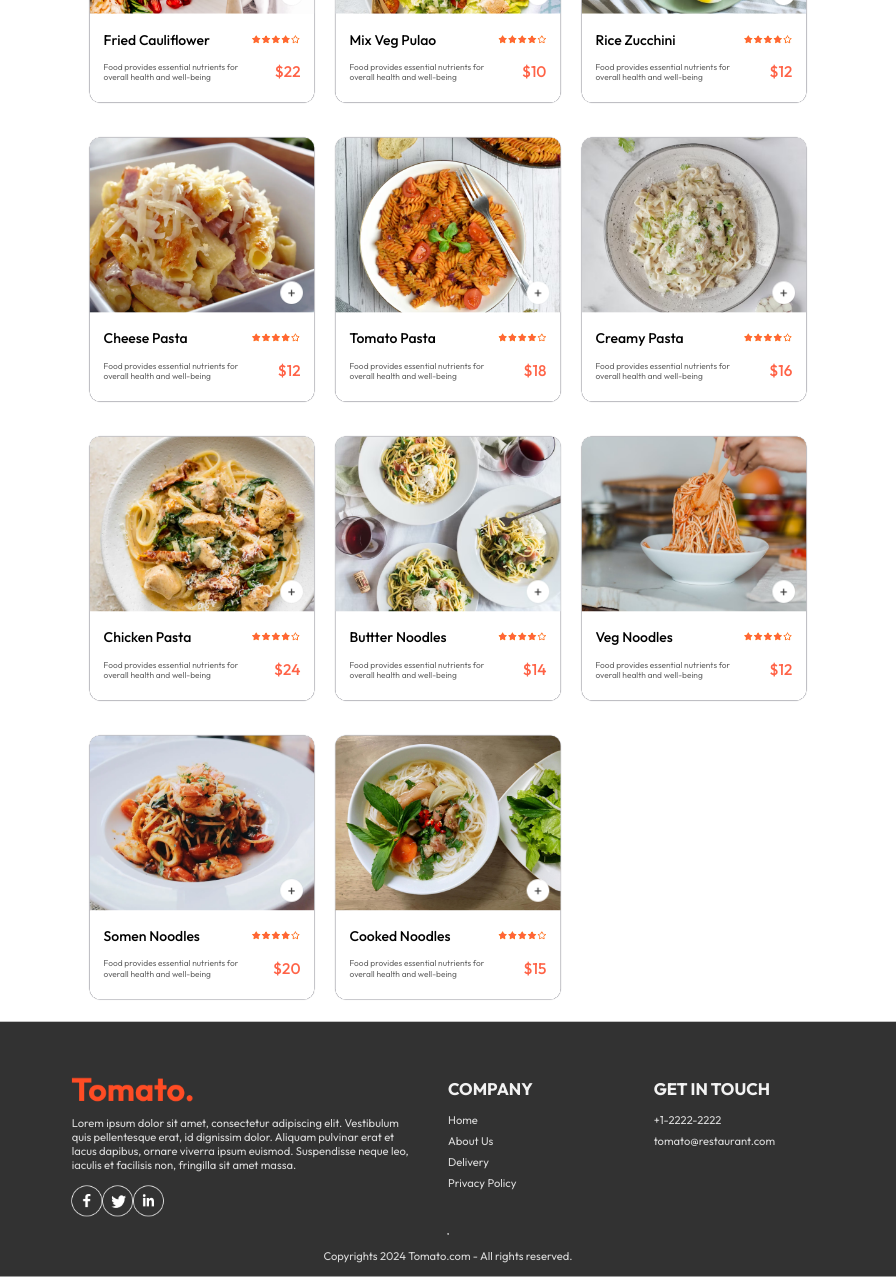
Repository: guilhermecardoso93/tomato-front-end
Page: /
The author's editor kept a copy of each file at every save. The page is drawn from the files as they stood at one save, then again after the next save.
The browser window is 1280 px wide. The pictures show the part of the page from y = 4211 to 6131 px (the page is 6035 px tall before and 6131 px after), at 70% of full size.
The project was rebuilt for these pictures with package versions that can differ from the ones it lists, and the page was loaded fresh each time. Also part of the build but not shown: vite.config.js, src/pages/Cart/styles.css, src/pages/Cart/index.jsx, src/pages/PlaceOrder/styles.css, src/pages/PlaceOrder/index.jsx.

Above is the page before, as saved 2024-10-31 18:59:03.

### index.html
<!doctype html>
<html lang="en">

<head>
    <meta charset="UTF-8" />
    <link rel="icon" type="image/svg+xml" href="" />
    <link rel="preconnect" href="https://fonts.googleapis.com">
    <link rel="preconnect" href="https://fonts.gstatic.com" crossorigin>
    <link href="https://fonts.googleapis.com/css2?family=Inter:ital,opsz,wght@0,14..32,100..900;1,14..32,100..900&family=Outfit:wght@100..900&display=swap" rel="stylesheet">
    <meta name="viewport" content="width=device-width, initial-scale=1.0" />
    <title>Tomato</title>
</head>

<body>
    <div id="root"></div>
    <script type="module" src="/src/main.jsx"></script>
</body>

</html>

### src/main.jsx
import { StrictMode } from "react";
import { createRoot } from "react-dom/client";
import "./index.css";
import { App } from "./App.jsx";
import { BrowserRouter } from "react-router-dom";
import StoreContextProvider from "./context/StoreContext.jsx";

createRoot(document.getElementById("root")).render(
  <BrowserRouter>
    <StoreContextProvider>
      <App />
    </StoreContextProvider>
  </BrowserRouter>
);

### src/index.css
* {
  padding: 0;
  margin: 0;
  box-sizing: border-box;
}

body {
  min-height: 100vh;
  font-family: "Outfit", sans-serif;
}

a {
  text-decoration: none;
  color: inherit;
}

.app {
  width: 80%;
  margin: auto;
  margin-bottom: 2rem;
}

@keyframes fadeIn {
  0% {
    opacity: 0;
  }

  100% {
    opacity: 1;
  }
}

### src/App.jsx
import { Routes, Route } from "react-router-dom";
import { Navbar } from "./components/Navbar";

import { Home } from "./pages/Home";
import { Cart } from "./pages/Cart";
import { PlaceOrder } from "./pages/PlaceOrder";
import { Footer } from "./components/Footer";

export function App() {
  return (
    <>
      <div className="app">
        <Navbar />
        <Routes>
          <Route path="/" element={<Home />} />
          <Route path="/cart" element={<Cart />} />
          <Route path="/order" element={<PlaceOrder />} />
        </Routes>
      </div>
      <Footer />
    </>
  );
}

### src/context/StoreContext.jsx
import { createContext, useEffect, useState } from "react";
import { food_list } from "../assets/assets";

export const StoreContext = createContext(null);

const StoreContextProvider = (props) => {
  const [cartItems, setCartItems] = useState({});

  const addCart = (itemId) => {
    if (!cartItems[itemId]) {
      setCartItems((prev) => ({ ...prev, [itemId]: 1 }));
    } else {
      setCartItems((prev) => ({ ...prev, [itemId]: prev[itemId] + 1 }));
    }
  };

  const removeFromCart = (itemId) => {
    setCartItems((prev) => ({ ...prev, [itemId]: prev[itemId] - 1 }));
  };

  const contextValue = {
    food_list,
    cartItems,
    setCartItems,
    addCart,
    removeFromCart,
  };

  useEffect(() => {
    console.log(cartItems);
  }, [cartItems]);

  return (
    <StoreContext.Provider value={contextValue}>
      {props.children}
    </StoreContext.Provider>
  );
};

export default StoreContextProvider;

### src/components/Navbar/index.jsx
import { useState } from "react";
import { assets } from "../../assets/assets";
import "./styles.css";

export const Navbar = () => {
  const [menu, setMenu] = useState("Home");

  return (
    <div className="navbar">
      <img src={assets.logo} alt="Logo" className="logo" />
      <ul className="navbar-menu">
        <li
          onClick={() => setMenu("Home")}
          className={menu === "Home" ? "active" : ""}
        >
          Home
        </li>
        <li
          onClick={() => setMenu("Menu")}
          className={menu === "Menu" ? "active" : ""}
        >
          Menu
        </li>
        <li
          onClick={() => setMenu("MobileApp")}
          className={menu === "MobileApp" ? "active" : ""}
        >
          MobileApp
        </li>
        <li
          onClick={() => setMenu("Contact Us")}
          className={menu === "Contact Us" ? "active" : ""}
        >
          Contact Us
        </li>
      </ul>
      <div className="navbar-right">
        <img src={assets.search_icon} alt="" />
        <div className="navbar-search-icon">
          <img src={assets.basket_icon} alt="" />
          <div className="dot"></div>
        </div>
        <button>sign in</button>
      </div>
    </div>
  );
};

### src/pages/Home/index.jsx
import { useState } from "react";
import { ExplorerMenu } from "../../components/ExplorerMenu";
import { Header } from "../../components/Header";
import "./styles.css";
import { FoodDisplay } from "../../components/FoodDisplay/Index";

export const Home = () => {
  const [category, setCategory] = useState("All");

  return (
    <div>
      <Header />
      <ExplorerMenu category={category} setCategory={setCategory} />
      <FoodDisplay category={category} />
    </div>
  );
};

### src/components/Footer/index.jsx
import { assets } from "../../assets/assets";
import "./styles.css";

export const Footer = () => {
  return (
    <footer id="footer">
      <div className="footer-container">
        <div className="footer-left">
          <img src={assets.logo} alt="" />
          <p>
            Lorem ipsum dolor sit amet, consectetur adipiscing elit. Vestibulum
            quis pellentesque erat, id dignissim dolor. Aliquam pulvinar erat et
            lacus dapibus, ornare viverra ipsum euismod. Suspendisse neque leo,
            iaculis et facilisis non, fringilla sit amet massa.
          </p>
          <div className="footer-social-icons">
            <img src={assets.facebook_icon} alt="" />
            <img src={assets.twitter_icon} alt="" />
            <img src={assets.linkedin_icon} alt="" />
          </div>
        </div>
        <div className="footer-center">
          <h2>COMPANY</h2>
          <ul>
            <li>Home</li>
            <li>About Us</li>
            <li>Delivery</li>
            <li>Privacy Policy</li>
          </ul>
        </div>
        <div className="footer-right">
          <h2>GET IN TOUCH</h2>
          <ul>
            <li>+1-2222-2222</li>
            <li>tomato@restaurant.com</li>
          </ul>
        </div>
      </div>
      <hr />
      <p className="footer-copy-rights">
        Copyrights 2024 Tomato.com - All rights reserved.
      </p>
    </footer>
  );
};

### src/components/Navbar/styles.css
.navbar {
  padding: 20px 0;
  display: flex;
  justify-content: space-between;
  align-items: center;
}

.navbar .logo {
  width: 150px;
}

.navbar-menu {
  display: flex;
  list-style: none;
  gap: 10px;
  color: #49557c;
  font-size: 18px;
}

.navbar li {
  cursor: pointer
}

.navbar-right {
  display: flex;
  align-items: center;
  gap: 40px;
}

.navbar button {
  background: transparent;
  font-size: 16px;
  color: #49557c;
  border: 1px solid tomato;
  padding: 10px 30px;
  border-radius: 50px;
  cursor: pointer;
  transition: 0.3s;
}

.navbar button:hover {
  background: #fff4f2;
}

.navbar .active {
  padding-bottom: 2px;
  border-bottom: 2px solid #49557c;
}

.navbar-search-icon {
  position: relative;
}

.navbar-search-icon .dot {
  position: absolute;
  min-height: 10px;
  min-width: 10px;
  background-color: tomato;
  border-radius:  5px;
  top: -8px;
  right: -8px;
}

### src/components/ExplorerMenu/index.jsx
import { menu_list } from "../../assets/assets";

import "./styles.css";

export const ExplorerMenu = ({ category, setCategory }) => {
  return (
    <div className="explorer-menu" id="explore-menu">
      <h1>Explore our menu</h1>
      <p className="explore-menu-text">
        Choose from a diverse menu featuring a delectable arrays os dishes
        crafted with the finest ingredients and culinary expertise. Our mission
        is to satisfy your cravings and elevate your dining experience, one
        delicious meal at a time.
      </p>
      <div className="explore-menu-list">
        {menu_list.map((item, index) => {
          return (
            <div
              className="explore-menu-list-item"
              key={index}
              onClick={() =>
                setCategory((prev) =>
                  prev === item.menu_name ? "All" : item.menu_name
                )
              }
            >
              <img
                src={item.menu_image}
                alt=""
                className={category === item.menu_name ? "active" : ""}
              />
              <p className={category === item.menu_name ? "active-text" : ""}>
                {item.menu_name}
              </p>
            </div>
          );
        })}
      </div>
      <hr />
    </div>
  );
};

### src/components/Header/index.jsx
import "./styles.css";

export const Header = () => {
  return (
    <div className="header">
      <div className="header-container">
        <h2>Oder your favorite food here</h2>
        <p>
          Choose from a diverse menu featuring a delectable arrays os dishes
          crafted with the finest ingredients and culinary expertise. Our
          mission is to satisfy your cravings and elevate your dining
          experience, one delicious meal at a time.
        </p>
        <button> View Menu</button>
      </div>
    </div>
  );
};

### src/components/FoodDisplay/Index.jsx
import { useContext } from "react";
import { StoreContext } from "../../context/StoreContext";
import { FoodItem } from "../FoodItem";

import "./styles.css";

export const FoodDisplay = ({ category }) => {
  const { food_list } = useContext(StoreContext);

  return (
    <div className="food-display" id="food-display">
      <h2>Top Dishes near you</h2>
      <div className="food-display-list">
        {food_list.map((item, index) => {
          if (category === "All" || category === item.category) {
            return (
              <FoodItem
                key={index}
                id={item._id}
                name={item.name}
                description={item.description}
                price={item.price}
                image={item.image}
              />
            );
          }
        })}
      </div>
    </div>
  );
};

### src/components/Footer/styles.css
footer {
  color: #d9d9d9;
  background-color: #323232;
  display: flex;
  align-items: center;
  flex-direction: column;
  gap: 20px;
  padding: 20px 8vw;
  padding-top: 80px;
}

.footer-container {
  width: 100%;
  display: grid;
  grid-template-columns: 2fr 1fr 1fr;
  gap: 50px;
}

.footer-left, .footer-right, .footer-center {
  display: flex;
  flex-direction: column;
  align-items: start;
  gap: 20px;
}

footer li {
  list-style: none;
  margin-bottom: 10px;
}

footer h2 {
  color: #f2f2f2;
}

### src/components/ExplorerMenu/styles.css
.explorer-menu {
  display: flex;
  flex-direction: column;
  gap: 1rem;
}

.explorer-menu h1 {
  color: #262626;
  font-size: 500;
}

.explore-menu-text {
  max-width: 60%;
  color: #808080;
}

.explore-menu-list {
  display: flex;
  justify-content: space-between;
  align-items: center;
  gap: 30px;
  text-align: center;
  margin: 20px 0px;
  overflow-x: scroll;
}

.explore-menu-list::-webkit-scrollbar {
  display: none;
}

.explore-menu-list img {
  width: 7.5vw;
  min-width: 80px;
  cursor: pointer;
  border-radius: 50%;
  transition: 0.2s;
}

.explore-menu-list p {
  margin-top: 10px;
  color: #747474;
  font-size: max(1.4vw, 16px);
  cursor: pointer;
}

.explore-menu hr {
  margin: 10px 0px;
  height: 2px;
  background: #e2e2e2;
  border: none;
}

.explore-menu-list .active {
  border: 4px solid tomato;
  padding: 2px;
}

.explore-menu-list .active-text {
  color: tomato;
}

### src/components/Header/styles.css
.header {
  height: 34vw;
  margin: 30px auto;
  background: url('../../assets/header_img.png') no-repeat;
  background-size: contain;
  position: relative;
}



.header-container {
  position: absolute;
  display: flex;
  flex-direction: column;
  align-items: start;
  padding: 20px;
  gap: 1.5vw;
  max-width: 52%;
  bottom: 10%;
  animation: fadeIn 3s;
}


.header-container h2 {
  font-weight: 500;
  color: #f2f2f2f2;
  font-size: max(4.5vw, 22px);
}


.header-container p {
  color: #f2f2f2f2;
  font-size: 1vw;
}


.header-container button {
  border: none;
  color: #747474;
  font-weight: 700;
  padding: 1vw 2.3vw;
  background: white;
  font-size: max(1vw, 13px);
  border-radius: 50px;
}

### src/components/FoodItem/index.jsx
import { useContext } from "react";
import { assets } from "../../assets/assets";
import "./styles.css";
import { StoreContext } from "../../context/StoreContext";

export const FoodItem = ({ id, name, price, description, image }) => {
  const { removeFromCart, addCart, cartItems } = useContext(StoreContext);

  return (
    <div className="food-item" id={id}>
      <div className="food-item-image-container">
        <img src={image} alt={name} className="food-item-image" />
        {!cartItems[id] ? (
          <img
            src={assets.add_icon_white}
            alt="Adicionar ao carrinho"
            className="add"
            onClick={() => addCart(id)}
          />
        ) : (
          <div className="food-item-counter">
            <img
              src={assets.remove_icon_red}
              alt="Remover do carrinho"
              onClick={() => removeFromCart(id)}
            />
            <p>{cartItems[id]}</p>
            <img
              src={assets.add_icon_green}
              alt="Adicionar ao carrinho"
              onClick={() => addCart(id)}
            />
          </div>
        )}
      </div>
      <div className="food-item-info">
        <div className="food-item-name-rating">
          <p>{name}</p>
          <img src={assets.rating_starts} alt="Rating" />
        </div>
        <div className="food-item-prices">
          <p className="food-item-description">{description}</p>
          <p className="food-item-price">${price}</p>
        </div>
      </div>
    </div>
  );
};

### src/components/FoodDisplay/styles.css
.food-display {
  margin-top: 30px;
}

.food-display h2 {
  font-size: max(2vw, 24px);
  font-weight: 600;
}


.food-display-list {
  display: grid;
  grid-template-columns: repeat(auto-fill, minmax(240px, 1fr));
  margin-top: 30px;
  gap: 30px;
  row-gap: 50px;
}

### src/components/FoodItem/styles.css
.food-item {
  width: 100%;
  margin: auto;
  border-radius: 15px;
  box-shadow: 0px 0px 1px #000015;
  transition: 0.3s;
  animation: fadeIn 1s;
}

.food-item-image {
  width: 100%;
  border-radius: 15px 15px 0px 0px;
}

.food-item-image-container {
  position: relative;
}

.food-item-image-container .add {
  position: absolute;
  width: 35px;
  bottom: 15px;
  right: 15px;
  cursor: pointer;
  border-radius: 50%;
}

.food-item-counter {
  position: absolute;
  bottom: 15px;
  right: 15px;
  display: flex;
  align-items: center;
  gap: 10px;
  border-radius: 50px;
  background-color: #f2f2f2;
  padding: 3px;
  font-weight: 700;
}

.food-item-counter img {
  width: 30px;
}

.food-item-info {
  padding: 20px;
}

.food-item-name-rating {
  display: flex;
  justify-content: space-between;
  align-items: center;
  margin-bottom: 10px;
}

.food-item-name-rating p {
  font-size: 20px;
  font-weight: 500;
}

.food-item-name-rating img {
  width: 70px;
}

.food-item-prices {
  display: flex;
  justify-content: space-between;
  align-items: center;
  gap: 10px;
}

.food-item-description {
  color: #676767;
  font-size: 12px;
  width: 75%;
}

.food-item-price {
  color: tomato;
  font-size: 22px;
  font-weight: 500;
  margin: 10px 0;
}

Loaded but not shown: src/assets/assets.js (350 lines, source omitted); src/pages/Home/styles.css (no stored copy; drawn as an empty file)

After the next save:
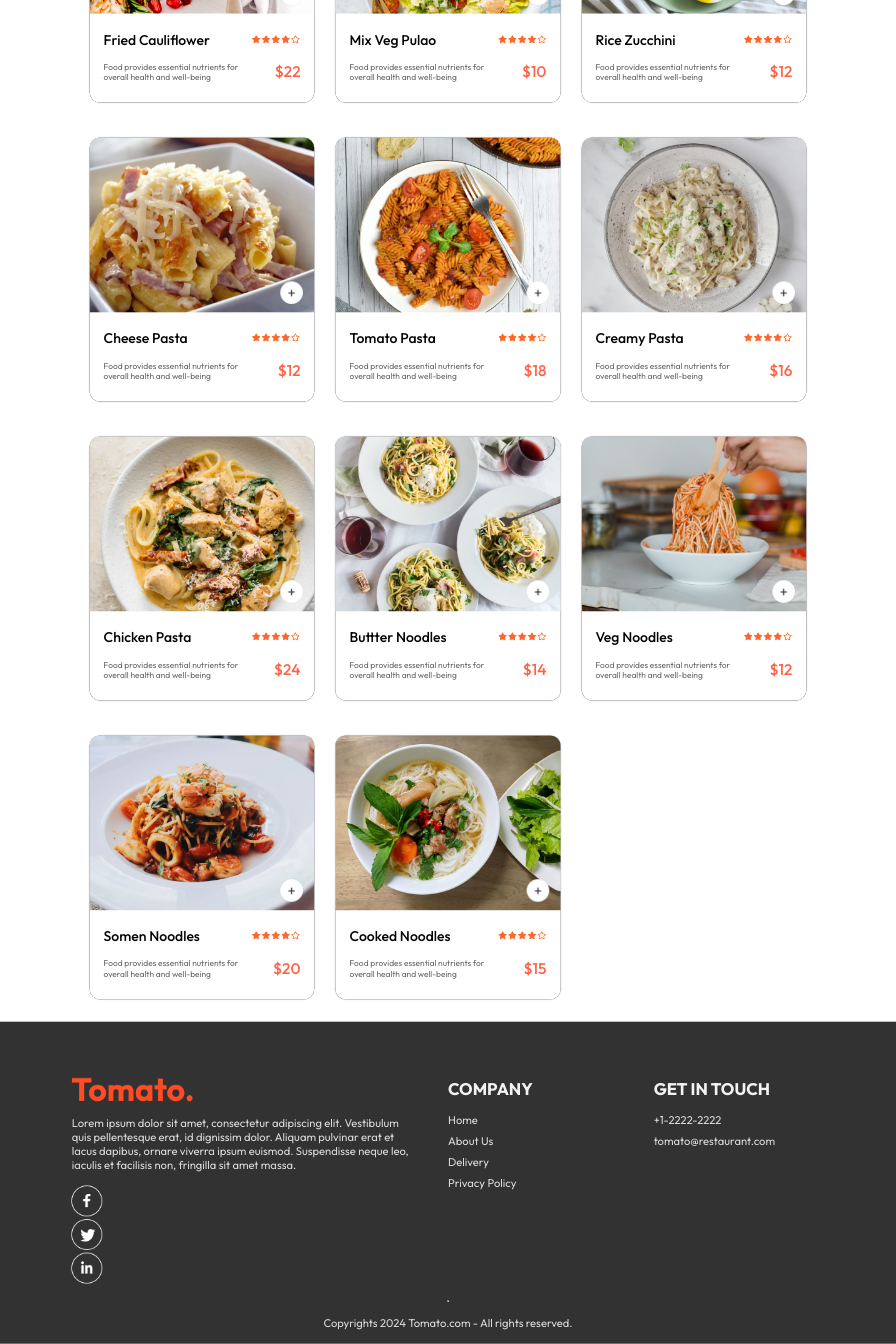
Saved 22 s later.
--- a/src/components/Footer/styles.css
+++ b/src/components/Footer/styles.css
@@ -31,3 +31,7 @@ footer li {
 footer h2 {
   color: #f2f2f2;
 }
+
+.footer-social-icons {
+  width: 40px;
+}
